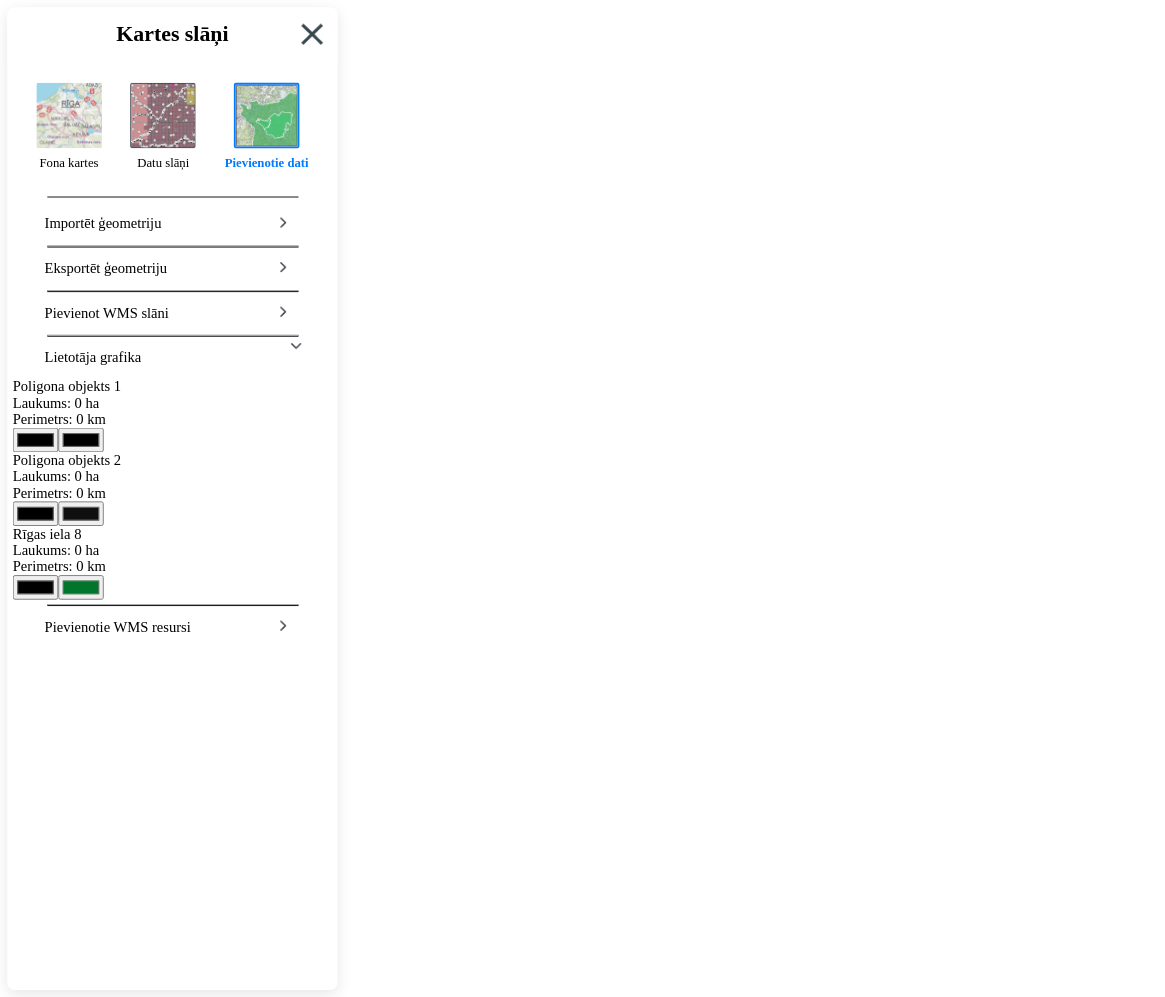
Repository: Kringelis/KP_kar-usl-i
Page: /, after clicking the first element matching `div.sidebar-tabs > :nth-child(3)`
An editor plug-in stored every save of this project. The page is shown before and after the next save, followed by the edit.
The browser window is 1280 px wide. The pictures show the whole page, at 91% of full size.
The project was rebuilt for these pictures with package versions that can differ from the ones it lists, and the page was loaded fresh each time. Also part of the build but not shown: src/components/FonaKartes.scss, src/components/DatuSlani.scss, src/components/DatuSlani.jsx, src/App.scss.

Above is the page before, as saved 2024-06-19 14:03:00.

### public/index.html
<!DOCTYPE html>
<html lang="en">
  <head>
    <link
      rel="stylesheet"
      href="https://fonts.googleapis.com/css2?family=Inter:wght@400;500;700&display=swap"
    />

    <meta charset="UTF-8" />
    <meta name="viewport" content="width=device-width, initial-scale=1.0" />
    <title>React App</title>
  </head>
  <body>
    <noscript>You need to enable JavaScript to run this app.</noscript>
    <div id="root"></div>
  </body>
</html>

### src/App.js
import React from "react";
import Sidebar from "./components/Sidebar";
import "./App.scss";

function App() {
  return (
    <div className="App">
      <header className="App-header">
        <Sidebar />
      </header>
    </div>
  );
}

export default App;

### src/components/Sidebar.jsx
import React, { useState } from "react";
import FonaKartes from "./FonaKartes";
import DatuSlani from "./DatuSlani";
import PievienotieDati from "./PievienotieDati";
import "./Sidebar.scss";

import pirmais from "./pirmais.png";
import otrais from "./otrais.png";
import tresais from "./tresais.png";
import close from "./close.png";

const Sidebar = () => {
  const [activeSection, setActiveSection] = useState("FonaKartes");

  return (
    <div className="sidebar">
      <div className="sidebar-header">
        <div className="sidebar-title">Kartes slāņi</div>
        <img src={close} alt="Close" className="close-icon" />
      </div>
      <div className="sidebar-tabs">
        <div
          className={`tab ${activeSection === "FonaKartes" ? "active" : ""}`}
          onClick={() => setActiveSection("FonaKartes")}
        >
          <img src={pirmais} alt="Fona kartes" className="tab-square" />
          <div className="tab-text">Fona kartes</div>
        </div>
        <div
          className={`tab ${activeSection === "DatuSlani" ? "active" : ""}`}
          onClick={() => setActiveSection("DatuSlani")}
        >
          <img src={otrais} alt="Datu slāņi" className="tab-square" />
          <div className="tab-text">Datu slāņi</div>
        </div>
        <div
          className={`tab ${
            activeSection === "PievienotieDati" ? "active" : ""
          }`}
          onClick={() => setActiveSection("PievienotieDati")}
        >
          <img src={tresais} alt="Pievienotie dati" className="tab-square" />
          <div className="tab-text">Pievienotie dati</div>
        </div>
      </div>
      <div className="dividing-line"></div>{" "}
      {/* Added horizontal dividing line */}
      <div className="sidebar-content">
        {activeSection === "FonaKartes" && <FonaKartes />}
        {activeSection === "DatuSlani" && <DatuSlani />}
        {activeSection === "PievienotieDati" && <PievienotieDati />}
      </div>
    </div>
  );
};

export default Sidebar;

### src/components/FonaKartes.jsx
import React, { useState } from "react";
import "./FonaKartes.scss";
import copy from "./copyright.png";
import one from "./Rectangle 4.png";
import two from "./Rectangle 4(1).png";
import three from "./Rectangle 4(2).png";
import four from "./Rectangle 4(3).png";

import six from "./Rectangle 4(5).png";
import seven from "./Rectangle 4(6).png";
import eight from "./Rectangle 4(7).png";
import nine from "./Rectangle 4(8).png";

const FonaKartes = () => {
  const [activeItem, setActiveItem] = useState(null);
  const [sliderValues, setSliderValues] = useState({});

  const items = [
    {
      id: 1,
      title: "Pārskata (topogrāfiskā) karte",
      subtitle: "Tradicionālā tipogrāfijas versija",
      image: one,
      tooltip: "LĢIA",
    },
    {
      id: 2,
      title: "Topogrāfiskā karte ar reljefu",
      subtitle: "WEB versija kombinācijā ar DTM",
      image: two,
      tooltip: "LĢIA",
    },
    {
      id: 3,
      title: "Kombinētā fona karte",
      subtitle: "Dažādas detalitātes fona karte",
      image: three,
      tooltip: "LĢIA",
    },
    {
      id: 4,
      title: "Melnbaltā fona karte",
      subtitle: "Dažādas detalitātes fona karte",
      image: four,
      tooltip: "LĢIA",
    },
    {
      id: 5,
      title: "Ortofoto karte",
      subtitle: "6., 7. un 8. cikla jaunāko datu pārklājums",
      image: nine,
      tooltip: "LĢIA",
    },
    {
      id: 6,
      title: "Digitālais reljefa modelis",
      subtitle: "LIDAR 2013. - 2021.g. (40 cm)",
      image: six,
      tooltip: "LĢIA",
    },
    {
      id: 7,
      title: "Digitālais reljefa modelis ar horizontālēm",
      subtitle: "LIDAR 2013. - 2021.g. (40 cm)",
      image: seven,
      tooltip: "LĢIA",
    },
    {
      id: 8,
      title: "Digitālais virsmas modelis",
      subtitle: "LIDAR 2013. - 2021.g. (40 cm)",
      image: seven,
      tooltip: "LĢIA",
    },
    {
      id: 9,
      title: "Vēsturiskā topogrāfiskā karte mērogā 1: 75 000",
      subtitle: "No 1921. līdz 1940. gadam",
      image: eight,
      tooltip: "LĢIA",
    },
  ];

  const handleItemClick = (id) => {
    setActiveItem(id);
    if (!sliderValues.hasOwnProperty(id)) {
      setSliderValues((prevValues) => ({
        ...prevValues,
        [id]: 50,
      }));
    }
  };

  const handleSliderChange = (id, value) => {
    setSliderValues((prevValues) => ({
      ...prevValues,
      [id]: value,
    }));
  };

  return (
    <div className="fona-kartes">
      {items.map((item) => (
        <div
          key={item.id}
          className={`fona-kartes-item ${
            activeItem === item.id ? "active" : ""
          }`}
          onClick={() => handleItemClick(item.id)}
        >
          <div className="icon-container">
            <img
              src={copy}
              alt="info"
              className="info-icon"
              onClick={(e) => e.stopPropagation()}
            />
            <div className="tooltip">{item.tooltip}</div>
          </div>
          <div className="item-square">
            <img src={item.image} alt={`Kartes ikona`} />
          </div>
          <div className="item-text">
            <div className="item-title">{item.title}</div>
            <div className="item-subtitle">{item.subtitle}</div>
            {activeItem === item.id && (
              <div className="slider-container">
                <div
                  className="hollow-square"
                  onClick={(e) => {
                    e.stopPropagation();
                    handleSliderChange(item.id, 0);
                  }}
                ></div>
                <input
                  type="range"
                  className="item-slider"
                  value={sliderValues[item.id] || 0}
                  onChange={(e) =>
                    handleSliderChange(item.id, parseInt(e.target.value))
                  }
                />
                <div
                  className="black-square"
                  onClick={(e) => {
                    e.stopPropagation();
                    handleSliderChange(item.id, 100);
                  }}
                ></div>
              </div>
            )}
          </div>
        </div>
      ))}
    </div>
  );
};

export default FonaKartes;

### src/components/PievienotieDati.jsx
import React, { useState } from "react";
import "./PievienotieDati.scss";
import Arrow from "./Vector.png";

const PievienotieDati = () => {
  const [isImportGeometryOpen, setImportGeometryOpen] = useState(false);
  const [isExportGeometryOpen, setExportGeometryOpen] = useState(false);
  const [isAddWMSLayerOpen, setAddWMSLayerOpen] = useState(false);
  const [isUserGraphicsOpen, setUserGraphicsOpen] = useState(true);
  const [isWMSResourcesOpen, setWMSResourcesOpen] = useState(false);
  const [isLVMGeoWMSOpen, setLVMGeoWMSOpen] = useState(false);

  const [userGraphics, setUserGraphics] = useState([
    {
      id: 1,
      name: "Poligona objekts 1",
      area: 0,
      perimeter: 0,
      outlineColor: "#000000",
      fillColor: "#00000",
      type: "polygon",
    },

    {
      id: 2,
      name: "Poligona objekts 2",
      area: 0,
      perimeter: 0,
      outlineColor: "#000000",
      fillColor: "#0f0f0f",
      type: "polygon",
    },
    {
      id: 3,
      name: "Rīgas iela 8",
      area: 0,
      perimeter: 0,
      outlineColor: "#000000",
      fillColor: "#00762C",
      type: "point",
    },
  ]);

  const toggleSection = (setFunction) => {
    setFunction((prevState) => !prevState);
  };

  const handleColorChange = (id, type, color) => {
    const newUserGraphics = userGraphics.map((item) =>
      item.id === id ? { ...item, [type]: color } : item
    );
    setUserGraphics(newUserGraphics);
  };

  return (
    <div className="pievienotie-dati">
      <div
        className="section-title"
        onClick={() => toggleSection(setImportGeometryOpen)}
      >
        Importēt ģeometriju
        <span
          className={`accordion-icon ${isImportGeometryOpen ? "open" : ""}`}
        >
          <img className="accordion-icon" src={Arrow} alt="V" />
        </span>
      </div>
      <div className="dividing-line"></div>{" "}
      {/* Added horizontal dividing line */}
      {isImportGeometryOpen && (
        <div className="sub-section">Importēt ģeometriju</div>
      )}
      <div
        className="section-title"
        onClick={() => toggleSection(setExportGeometryOpen)}
      >
        Eksportēt ģeometriju
        <span
          className={`accordion-icon ${isExportGeometryOpen ? "open" : ""}`}
        >
          <img className="accordion-icon" src={Arrow} alt="V" />
        </span>
      </div>
      <div className="dividing-line"></div>{" "}
      {/* Added horizontal dividing line */}
      {isExportGeometryOpen && (
        <div className="sub-section">Eksportēt ģeometriju</div>
      )}
      <div
        className="section-title"
        onClick={() => toggleSection(setAddWMSLayerOpen)}
      >
        Pievienot WMS slāni
        <span className={`accordion-icon ${isAddWMSLayerOpen ? "open" : ""}`}>
          <img className="accordion-icon" src={Arrow} alt="V" />
        </span>
      </div>
      {isAddWMSLayerOpen && (
        <div className="sub-section">Pievienot WMS slāni</div>
      )}
      <div className="dividing-line"></div>{" "}
      {/* Added horizontal dividing line */}
      <div
        className="section-title"
        onClick={() => toggleSection(setUserGraphicsOpen)}
      >
        Lietotāja grafika
        <span className={`accordion-icon ${isUserGraphicsOpen ? "open" : ""}`}>
          <img className="accordion-icon" src={Arrow} alt="V" />
        </span>
      </div>
      {isUserGraphicsOpen && (
        <div className="sub-section">
          {userGraphics.map((item) => (
            <div key={item.id} className="toggle-item">
              <div className="item-info">
                <span>{item.name}</span>
                <div className="info">
                  <div>Laukums: {item.area} ha</div>
                  <div>Perimetrs: {item.perimeter} km</div>
                </div>
              </div>
              <div className="icons">
                <label>
                  <input
                    type="color"
                    value={item.outlineColor}
                    onChange={(e) =>
                      handleColorChange(item.id, "outlineColor", e.target.value)
                    }
                  />
                  <span
                    className="color-block"
                    style={{ backgroundColor: item.outlineColor }}
                  ></span>
                </label>
                <label>
                  <input
                    type="color"
                    value={item.fillColor}
                    onChange={(e) =>
                      handleColorChange(item.id, "fillColor", e.target.value)
                    }
                  />
                  <span
                    className="color-block"
                    style={{ backgroundColor: item.fillColor }}
                  ></span>
                </label>
              </div>
            </div>
          ))}
        </div>
      )}
      <div className="dividing-line"></div>{" "}
      {/* Added horizontal dividing line */}
      <div
        className="section-title"
        onClick={() => toggleSection(setWMSResourcesOpen)}
      >
        Pievienotie WMS resursi
        <span className={`accordion-icon ${isWMSResourcesOpen ? "open" : ""}`}>
          <img className="accordion-icon" src={Arrow} alt="V" />
        </span>
      </div>
      {isWMSResourcesOpen && (
        <div className="sub-section">
          <div
            className="sub-title"
            onClick={() => toggleSection(setLVMGeoWMSOpen)}
          >
            LVM GEO WMS
            <span className={`accordion-icon ${isLVMGeoWMSOpen ? "open" : ""}`}>
              <img className="accordion-icon" src={Arrow} alt="V" />
            </span>
          </div>
          {isLVMGeoWMSOpen && (
            <div className="sub-sub-section">
              {[
                "Mežaudzu plāns",
                "Augsnes laukumi",
                "Rekreācijas zonas",
                "Kvartāra nogulumu karte",
                "Digitālā reljefa modelis",
                "Vēja ātrums",
              ].map((layer, index) => (
                <div className="toggle-item" key={index}>
                  <span>{layer}</span>
                  <label className="toggle-switch">
                    <input type="checkbox" />
                    <span className="slider"></span>
                  </label>
                </div>
              ))}
            </div>
          )}
        </div>
      )}
    </div>
  );
};

export default PievienotieDati;

### src/components/Sidebar.scss
.sidebar {
  width: 363px;
  height: 1080px;
  background-color: #ffffff;
  box-shadow: 0px 4px 16px rgba(0, 0, 0, 0.1);
  border-radius: 8px;
  overflow: hidden;
  position: relative;

  .sidebar-header {
    display: flex;
    justify-content: center;
    align-items: center;
    padding: 16px;
    background-color: #ffffff;
    position: relative;

    .sidebar-title {
      font-size: 24px;
      font-weight: bold;
      color: #000000;
    }
    &.active {
      color: #007bff;
    }

    .close-icon {
      width: 24px;
      height: 24px;
      cursor: pointer;
      position: absolute;
      right: 16px;
    }
  }

  .sidebar-tabs {
    display: flex;
    justify-content: space-around;
    padding: 16px;

    .tab {
      display: flex;
      flex-direction: column;
      align-items: center;
      font-size: 14px;
      color: #000000;
      cursor: pointer;
      padding: 8px 0;

      border-radius: 10%;
      transition: background-color 0.3s ease, color 0.3s ease;

      &.active {
        .tab-square {
          border: 2px solid #007bff;
          box-sizing: border-box;
          border-radius: 3%;
        }
        .tab-text {
          color: #007bff;
          font-weight: bold;
        }
      }

      &:hover {
        background-color: #f8f9fa;
      }

      .tab-square {
        width: 72px;
        height: 72px;
        margin-bottom: 8px;
        display: flex;
        border-radius: 3%;
        justify-content: center;
        align-items: center;
        box-sizing: border-box;
      }

      .tab-image {
        width: 100%;
        height: 100%;
        object-fit: cover;
      }

      .tab-text {
        text-align: center;
      }
    }
  }

  .sidebar-content {
    padding: 6px;
  }

  .dividing-line {
    width: 276px;
    height: 1px;
    background-color: #000;
    margin: 0 auto;
    margin-top: 5px;
  }
}

### src/components/PievienotieDati.scss
.pievienotie-dati {
  .section-title {
    margin-left: 35px;
    display: flex;
    justify-content: space-between;
    align-items: center;
    font-size: 16px;
    cursor: pointer;
    padding: 10px 0;
    margin-bottom: 4px;
    margin-top: 4px;

    .accordion-icon {
      transition: transform 0.3s ease;
      margin-left: auto;
      margin-right: 25px;
    }

    .accordion-icon.open {
      transform: rotate(0.25turn);
    }

    .sub-section {
      padding-left: 20px;
      margin-top: 16px;
      display: flex;
      flex-direction: column;
      align-items: flex-start;
    }

    .toggle-item {
      width: 100%;
      display: flex;
      justify-content: space-between;
      align-items: center;
      margin-top: 8px;
      margin-left: 25px;
      padding: 8px;
      border-bottom: 1px solid #ccc;

      .item-info {
        flex: 1;
        margin-left: 35px;
      }

      .info {
        font-size: 12px;
        color: rgb(0, 0, 0);
      }

      .icons {
        display: flex;
        align-items: center;

        label {
          display: flex;
          align-items: center;
          margin-right: 10px;
          position: relative;

          input[type="color"] {
            visibility: hidden;
            position: absolute;
          }

          .color-block {
            width: 16px;
            height: 16px;
            border-radius: 10%;
            margin-right: 5px;
            cursor: pointer;
          }

          .red {
            background-color: #ff0000;
          }
          .yellow {
            background-color: #ffff00;
          }
          .orange {
            background-color: #ffa500;
          }
          .green {
            background-color: #008000;
          }
          .cyan {
            background-color: #00ffff;
          }
          .blue {
            background-color: #0000ff;
          }
          .purple {
            background-color: #800080;
          }
        }
      }
    }

    .toggle-switch {
      position: relative;
      display: inline-block;
      width: 34px;
      height: 20px;

      input {
        opacity: 0;
        width: 0;
        height: 0;
      }

      .slider {
        position: absolute;
        cursor: pointer;
        top: 0;
        left: 0;
        right: 0;
        bottom: 0;
        background-color: #ccc;
        transition: 0.4s;
        border-radius: 34px;

        &:before {
          position: absolute;
          content: "";
          height: 12px;
          width: 12px;
          left: 4px;
          bottom: 4px;
          background-color: white;
          transition: 0.4s;
          border-radius: 50%;
        }
      }

      input:checked + .slider {
        background-color: #2196f3;
      }

      input:checked + .slider:before {
        transform: translateX(14px);
      }
    }

    .sub-title {
      margin-left: 25px;
      display: flex;
      justify-content: space-between;
      align-items: center;
      font-size: 14px;
      font-weight: bold;
      cursor: pointer;

      .accordion-icon {
        transition: transform 0.3s ease;
      }

      .accordion-icon.open {
        transform: rotate(0.25turn);
      }
    }

    .sub-sub-section {
      padding-left: 40px;
      margin-top: 8px;
      display: flex;
      flex-direction: column;
      align-items: flex-start;
    }
  }

  .dividing-line {
    border-top: 1px solid #ccc;
    margin: 10px 0;
  }
}

Loaded but not shown: src/index.js (common file); src/reportWebVitals.js (common file); src/index.css (no stored copy; drawn as an empty file)

After the next save:
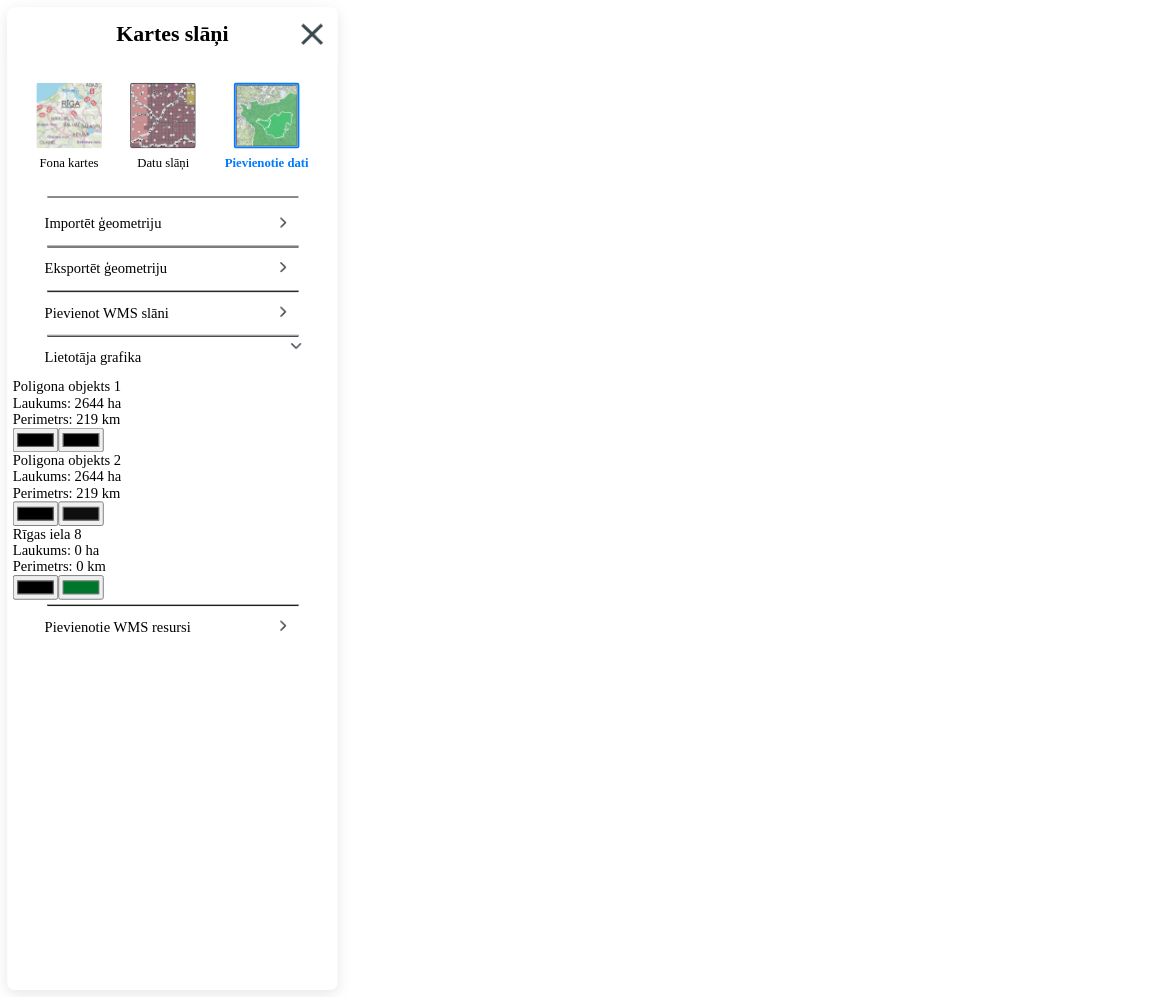
Saved 7 s later.
--- a/src/components/PievienotieDati.jsx
+++ b/src/components/PievienotieDati.jsx
@@ -14,18 +14,18 @@
     {
       id: 1,
       name: "Poligona objekts 1",
-      area: 0,
-      perimeter: 0,
+      area: 2644,
+      perimeter: 219,
       outlineColor: "#000000",
-      fillColor: "#00000",
+      fillColor: "#000000",
       type: "polygon",
     },
 
     {
       id: 2,
       name: "Poligona objekts 2",
-      area: 0,
-      perimeter: 0,
+      area: 2644,
+      perimeter: 219,
       outlineColor: "#000000",
       fillColor: "#0f0f0f",
       type: "polygon",
@@ -65,8 +65,7 @@
           <img className="accordion-icon" src={Arrow} alt="V" />
         </span>
       </div>
-      <div className="dividing-line"></div>{" "}
-      {/* Added horizontal dividing line */}
+      <div className="dividing-line"></div>
       {isImportGeometryOpen && (
         <div className="sub-section">Importēt ģeometriju</div>
       )}
@@ -81,8 +80,7 @@
           <img className="accordion-icon" src={Arrow} alt="V" />
         </span>
       </div>
-      <div className="dividing-line"></div>{" "}
-      {/* Added horizontal dividing line */}
+      <div className="dividing-line"></div>
       {isExportGeometryOpen && (
         <div className="sub-section">Eksportēt ģeometriju</div>
       )}
@@ -98,8 +96,7 @@
       {isAddWMSLayerOpen && (
         <div className="sub-section">Pievienot WMS slāni</div>
       )}
-      <div className="dividing-line"></div>{" "}
-      {/* Added horizontal dividing line */}
+      <div className="dividing-line"></div>
       <div
         className="section-title"
         onClick={() => toggleSection(setUserGraphicsOpen)}
@@ -152,8 +149,7 @@
           ))}
         </div>
       )}
-      <div className="dividing-line"></div>{" "}
-      {/* Added horizontal dividing line */}
+      <div className="dividing-line"></div>
       <div
         className="section-title"
         onClick={() => toggleSection(setWMSResourcesOpen)}
